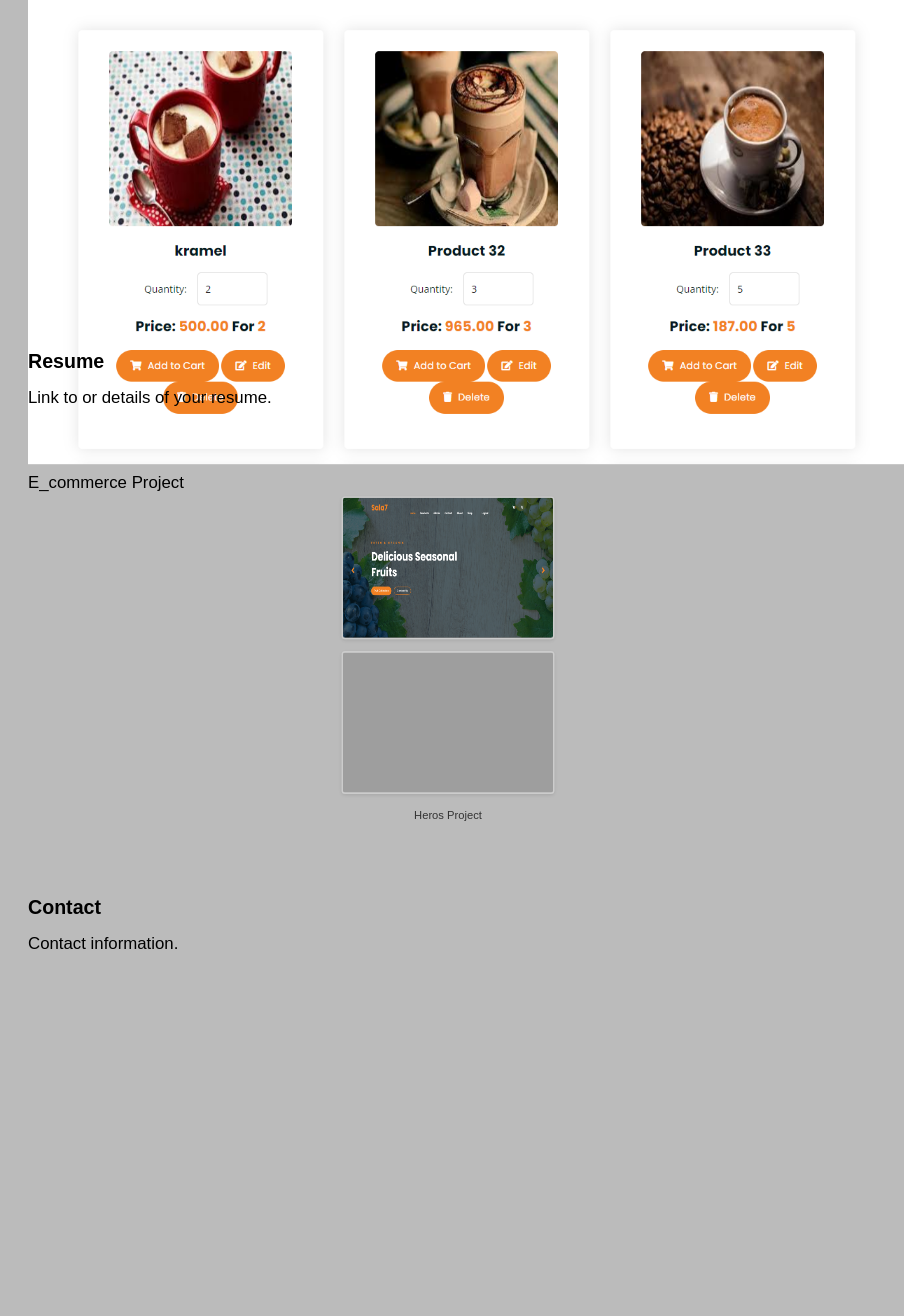
Repository: Salah-Wael/Salah-EL-Din-Portfolio
Page: index.html
An editor plug-in stored every save of this project. The page is shown before and after the next save, followed by the edit.
The browser window is 1280 px wide. The page is 1292 px wide, so the pictures cover 1292 px, including what lies to the right of the window. The pictures show the part of the page from y = 1203 to 3083 px (the page is 3237 px tall), at 70% of full size.
Pictures or frames that could not be fetched are drawn as grey boxes.

Above is the page before, as saved 2024-07-13 04:22:04.
Console error: ReferenceError: Swiper is not defined

After the next save:
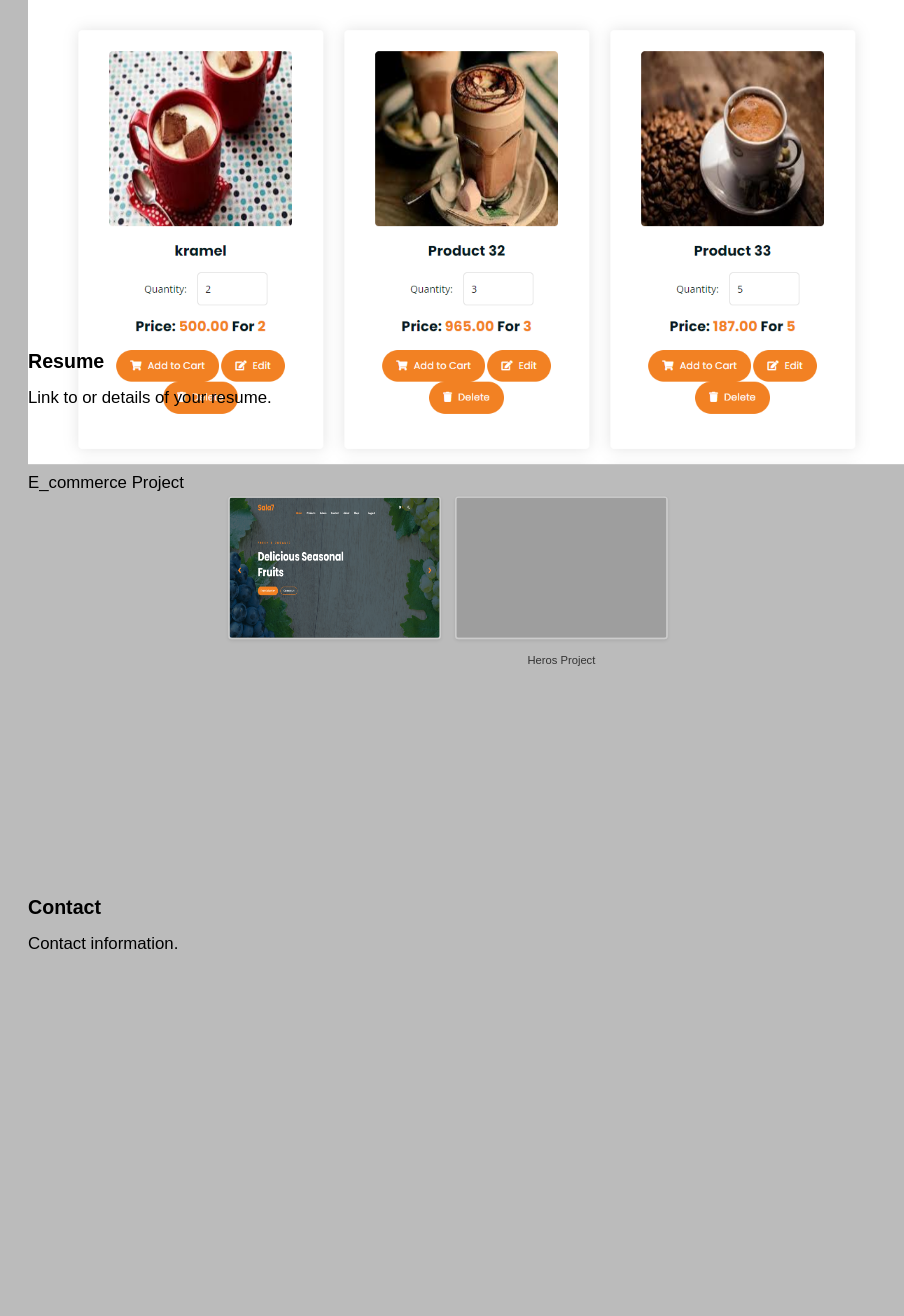
The error is gone.
Saved 7 s later.
--- a/index.html
+++ b/index.html
@@ -5,23 +5,6 @@
   <meta name="viewport" content="width=device-width, initial-scale=1.0">
   <title>Salah EL-Din Portfolio</title>
   <link rel="stylesheet" href="./style.css">
-  <script>
-    document.addEventListener('DOMContentLoaded', function () {
-    var swiper = new Swiper('.swiper-container', {
-      slidesPerView: 1,
-      spaceBetween: 10,
-      loop: true,
-      pagination: {
-        el: '.swiper-pagination',
-        clickable: true,
-      },
-      navigation: {
-        nextEl: '.swiper-button-next',
-        prevEl: '.swiper-button-prev',
-      },
-    });
-  });
-  </script>
 </head>
 <body>
   <nav>
@@ -60,18 +43,16 @@
                 <img src="img/projects/products.png" alt="Sala7 E_commerce">
                 <p>E_commerce Project</p>
             </li>
-            <li class="swiper-slide">
-                <div class="project">
-                  <a href="https://sala7.great-site.net/" target="_blank">
-                    <img src="img/projects/ecommerce home.png" alt="Sala7 E_commerce">
-                  </a>
-                </div>
-            </li>
 
         </ul>
     </div>
     <div class="projects-container">
+      <div class="project">
+        <a href="https://sala7.great-site.net/" target="_blank">
+          <img src="img/projects/ecommerce home.png" alt="Sala7 E_commerce">
 
+        </a>
+      </div>
       <div class="project">
         <a href="https://heros.rf.gd/" target="_blank">
           <img src="path/to/heros-screenshot.png" alt="Heros Project">
